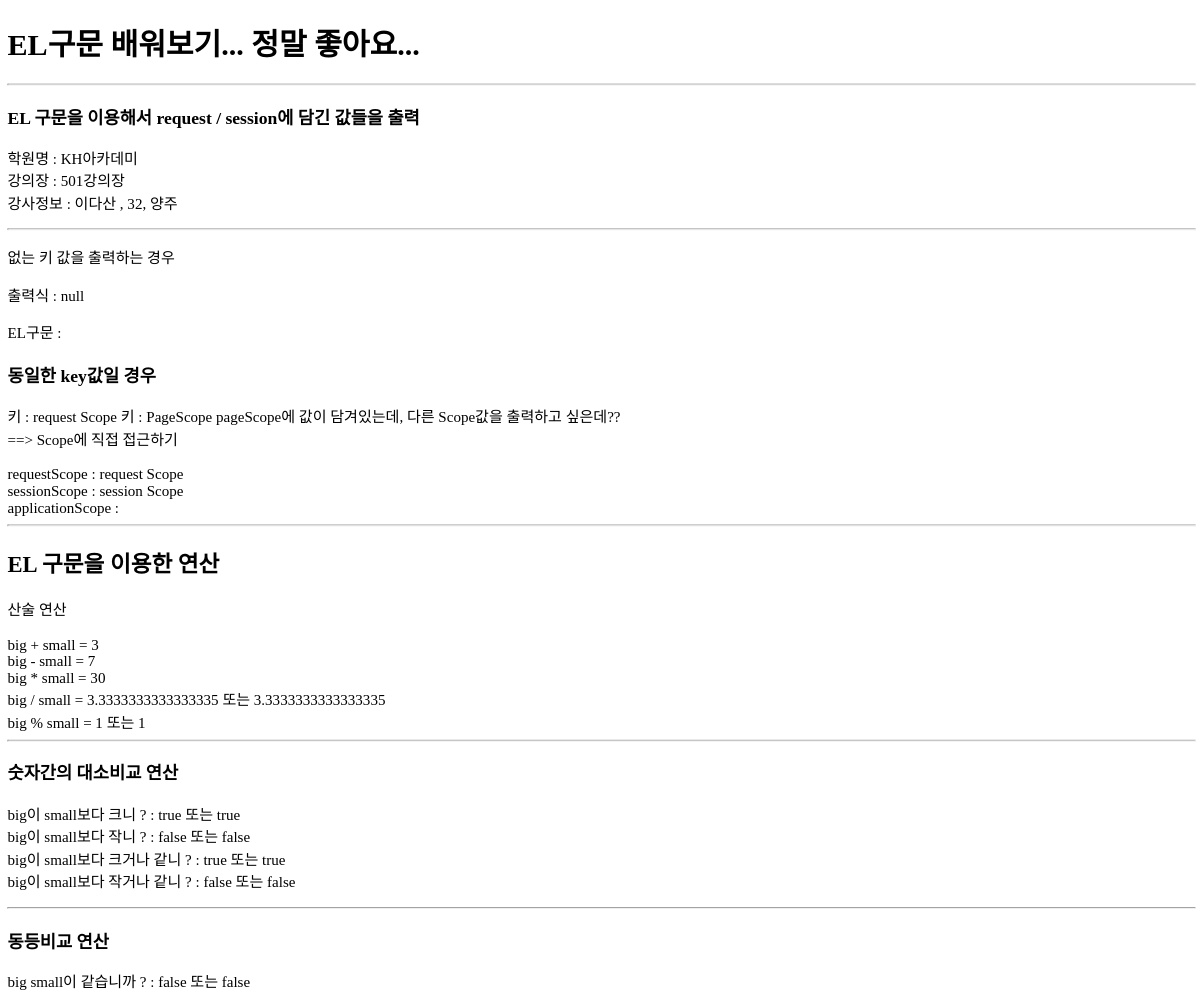
Repository: ham-zi/front-practice
Page: http://localhost/ActionProject/el.do
An editor plug-in stored every save of this project. The page is shown before and after the next save, followed by the edit.
The browser window is 1280 px wide. The pictures show the whole page, at 94% of full size.
The page is served by Tomcat 9.

Above is the page before, as saved 2026-05-06 06:34:37.

After the next save:
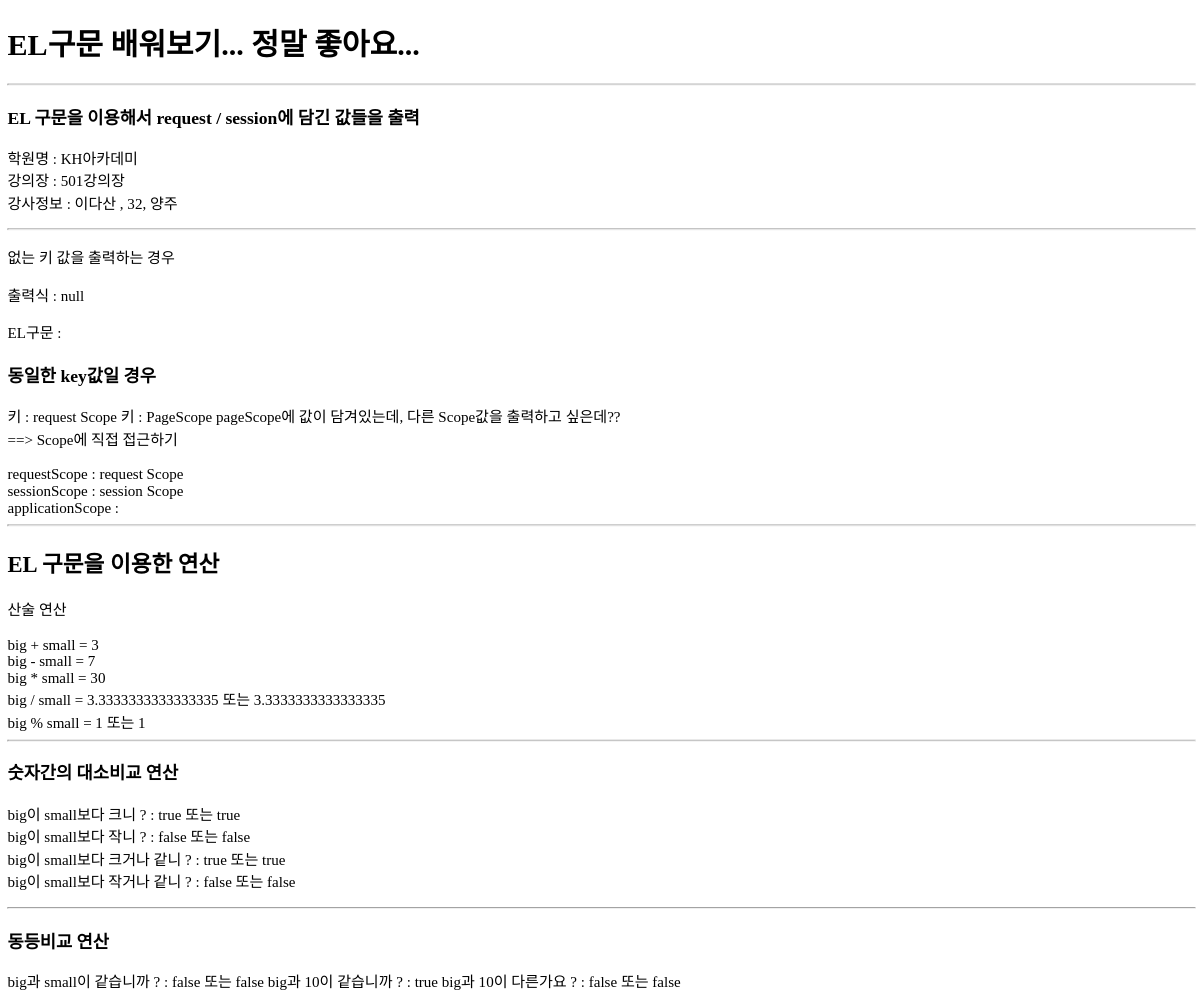
Saved 82 s later.
--- a/dynamic-workspace/ActionProject/src/main/webapp/WEB-INF/views/01_el.jsp
+++ b/dynamic-workspace/ActionProject/src/main/webapp/WEB-INF/views/01_el.jsp
@@ -139,7 +139,9 @@
 	 <h3> 동등비교 연산</h3>
 
 	 <p>
-	 	big small이 같습니까 ? : ${ big == small } 또는 ${ big eq small }
+	 	big과 small이 같습니까 ? : ${ big == small } 또는 ${ big eq small }
+	 	big과 10이 같습니까 ? : ${ big eq 10 }
+	 	big과 10이 다른가요 ? : ${ big != 10 } 또는 ${ big ne 10 }
 	 	<!-- eq을 쓰는것을 권장한다. -->
 	 </p>
 
